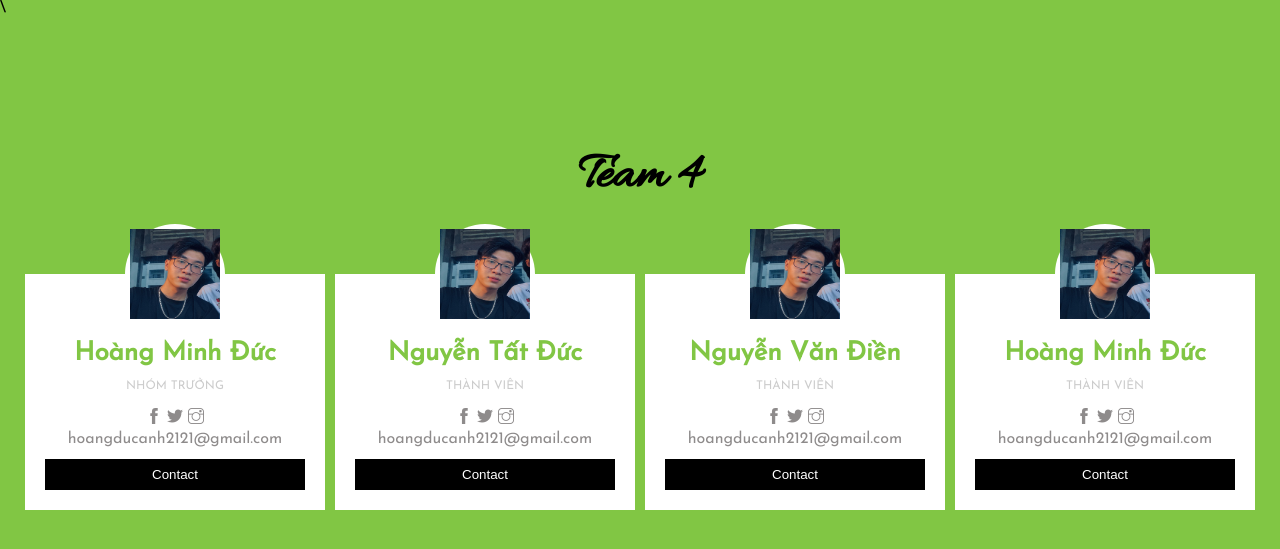
Repository: DuckyNumberONS/webcanhan
Page: index.html
The author's editor kept a copy of each file at every save. The page is drawn from the files as they stood at one save, then again after the next save.
The browser window is 1280 px wide. The pictures show the whole page.

Above is the page before, as saved 2022-10-03 07:47:57.

After the next save:
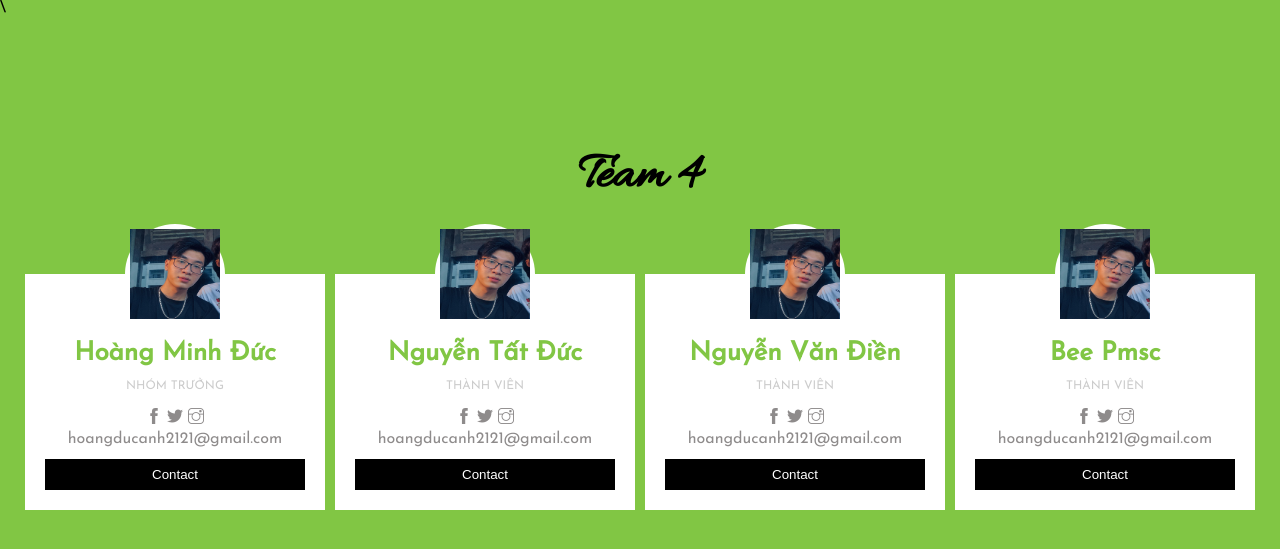
Saved 31 s later.
--- a/index.html
+++ b/index.html
@@ -63,7 +63,7 @@
           <div class="team_img">
             <img src="team1.png" alt="Team_image" />
           </div>
-          <h3>Hoàng Minh Đức</h3>
+          <h3>Bee Pmsc</h3>
           <p class="role">Thành Viên</p>
           <div class="mxh">
             <i class="icon-nav ti-facebook"><a href="#"></a></i>
